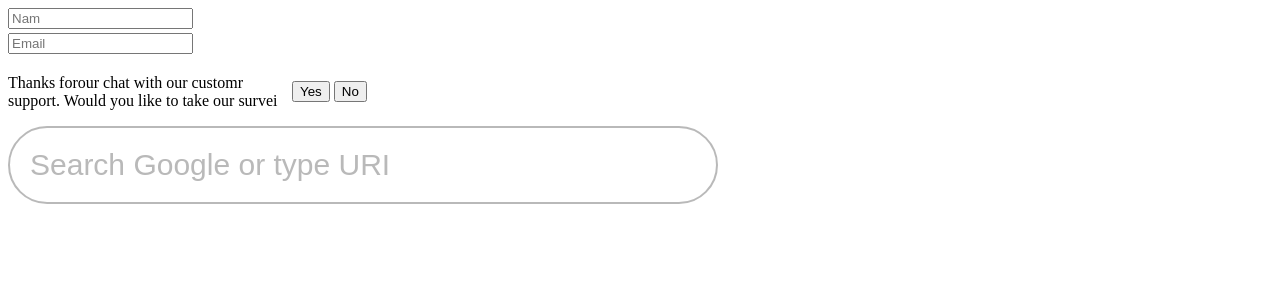
Repository: RagulRanjeeth/Frontend
Page: Exercises/ExerciseDisplai.html
The author's editor kept a copy of each file at every save. The page is drawn from the files as they stood at one save, then again after the next save.
The browser window is 1280 px wide. The pictures show the whole page.

Above is the page before, as saved 2026-01-22 15:09:51.

After the next save:
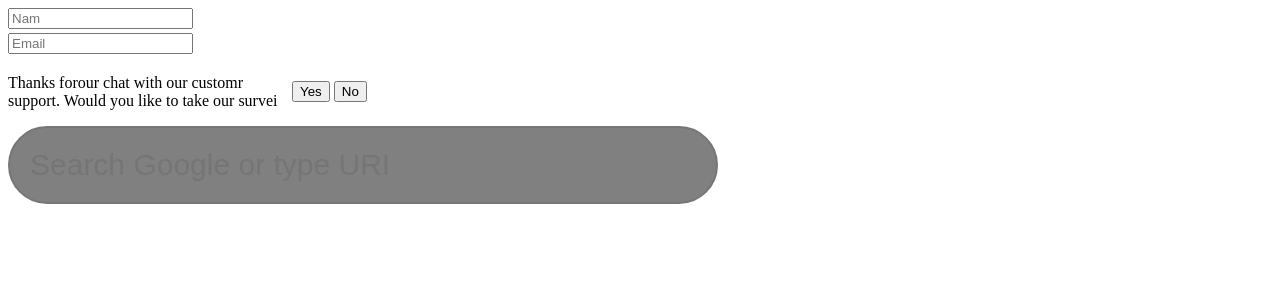
Saved 15 s later.
--- a/Exercises/ExerciseDisplai.html
+++ b/Exercises/ExerciseDisplai.html
@@ -31,7 +31,7 @@
                 font-size: 30px;
                 border-radius: 50px;
                 border-style:solid;
-                opacity:0.5;
+                background-color:grey;
             }
         </style>
 
